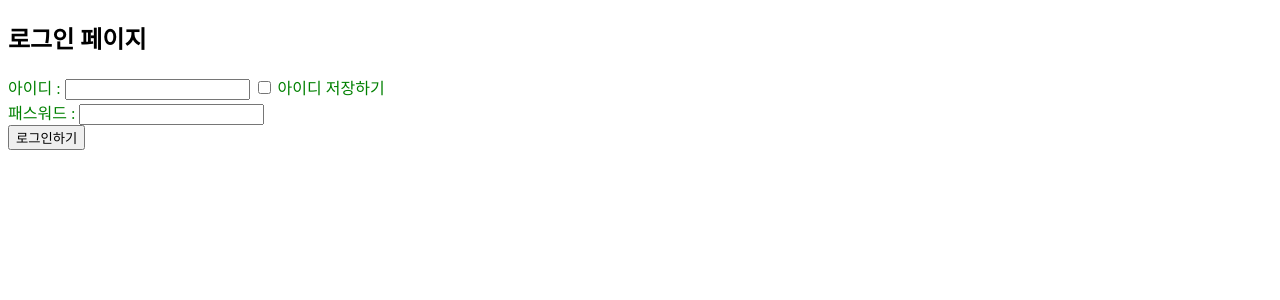
Repository: Park-Dongheon/Servlet-JSP_Training
Page: http://localhost/MustHaveJSP/05JDBC/IdSaveMain.jsp
The author's editor kept a copy of each file at every save. The page is drawn from the files as they stood at one save, then again after the next save.
The browser window is 1280 px wide. The pictures show the whole page.
The page is served by Tomcat 10.

Above is the page before, as saved 2024-06-13 07:33:12.

After the next save:
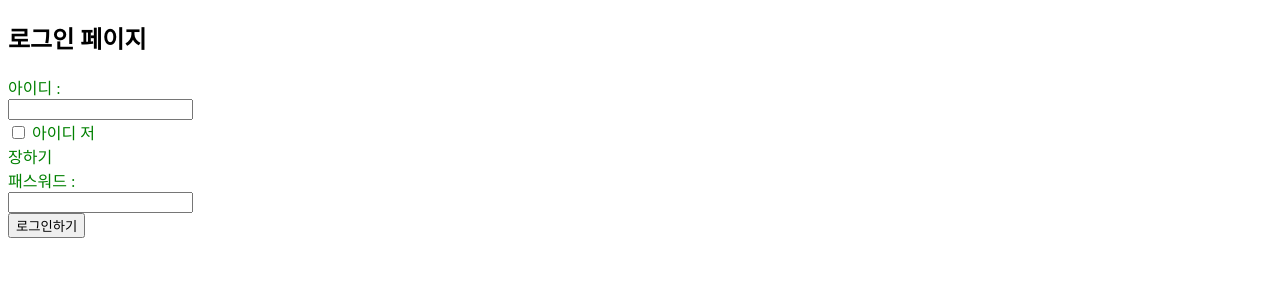
Saved 12 s later.
--- a/MustHaveJSP/src/main/webapp/05JDBC/IdSaveMain.jsp
+++ b/MustHaveJSP/src/main/webapp/05JDBC/IdSaveMain.jsp
@@ -17,7 +17,7 @@ if (!loginId.equals("")) {
 <style>
 	form {
 		top:100px; left:100px; color:green;
-		width:500px; height:100px; background-color:white;
+		width:100px; height:100px; background-color:white;
 	}
 </style>
 </head>
